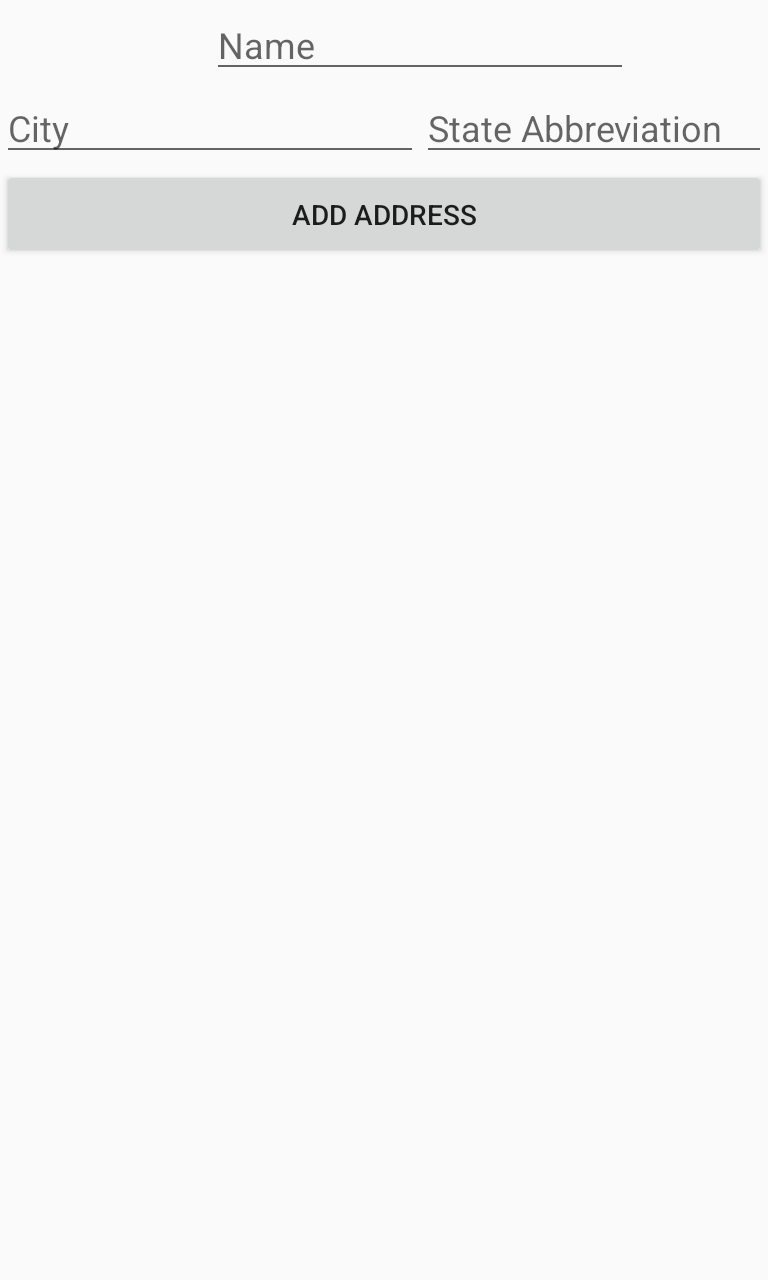
Repository: bhazenstab16/addressbookBMH
Layout: AddressBook/res/layout/activity_main.xml
An editor plug-in stored every save of this project. The layout is shown before and after the next save, followed by the edit.
It is drawn on a 768 x 1280 px phone screen (xhdpi) without system bars, with theme AppTheme; the app's code is not run.

Above is the layout before, as saved 2019-10-17 15:47:17.

After the next save:
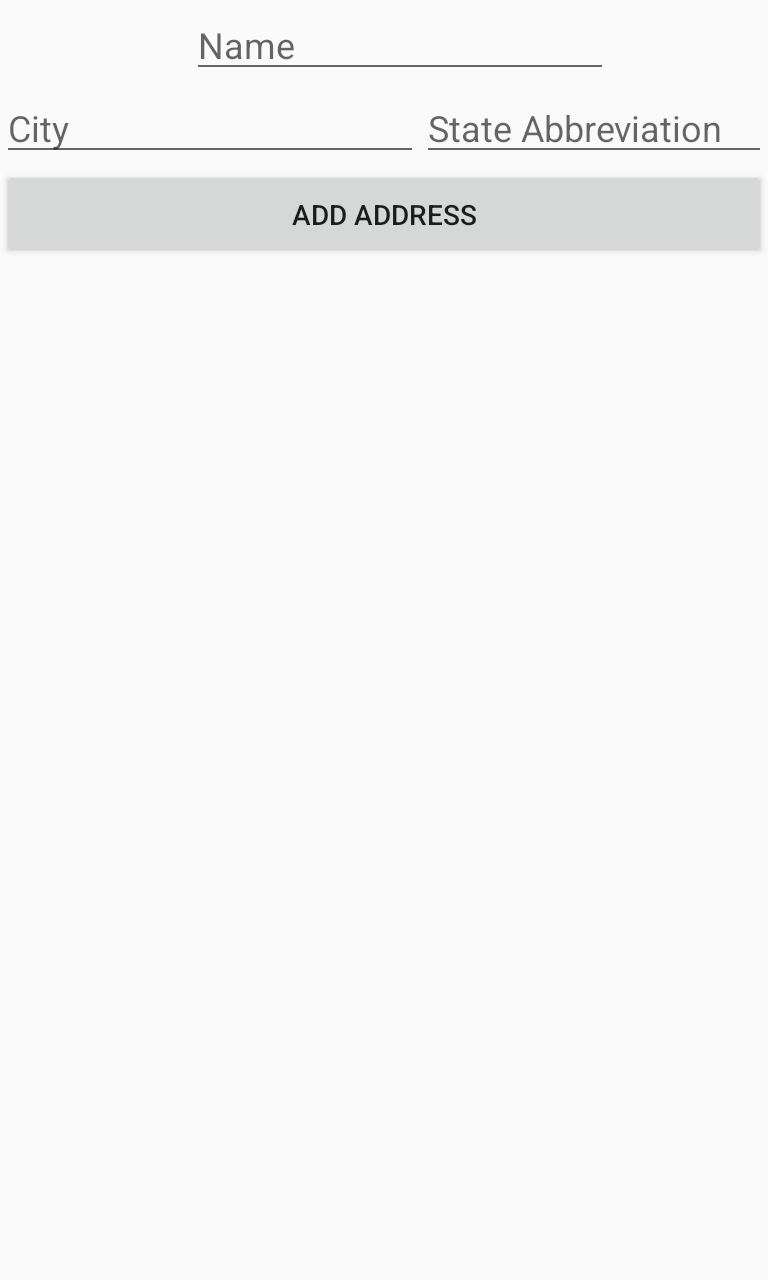
Saved 49 s later.
--- a/AddressBook/res/layout/activity_main.xml
+++ b/AddressBook/res/layout/activity_main.xml
@@ -51,7 +51,7 @@
         android:layout_height="wrap_content"
         android:layout_alignParentLeft="true"
         android:layout_alignParentTop="true"
-        android:layout_marginLeft="105dp"
+        android:layout_marginLeft="95dp"
         android:ems="10"
         android:hint="@string/stringHintName"
         android:inputType="textPersonName" />
@@ -62,12 +62,9 @@
         android:layout_height="wrap_content"
         android:layout_alignLeft="@+id/editTextZip"
         android:layout_alignParentTop="true"
-        android:layout_marginLeft="51dp"
+        android:layout_marginLeft="37dp"
         android:ems="10"
         android:hint="@string/stringHintStreetAddress"
-        android:inputType="textPostalAddress" >
-
-        <requestFocus />
-    </EditText>
+        android:inputType="textPostalAddress" />
 
 </RelativeLayout>
